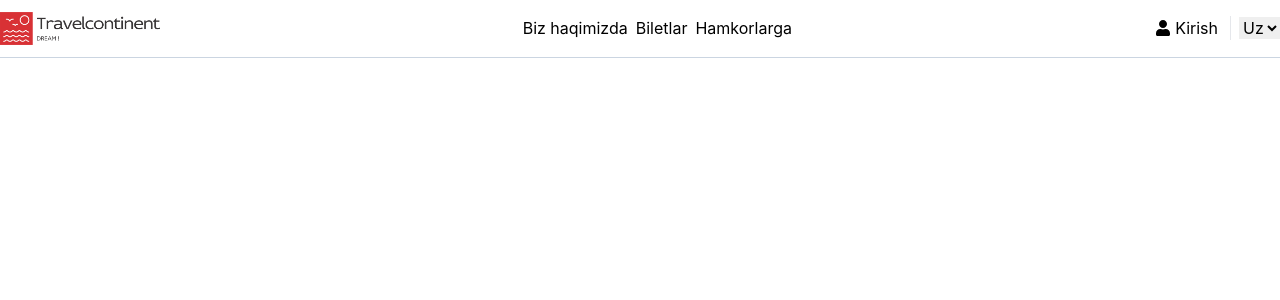
Repository: ziyodbek0300/avia-sales_
Page: /
An editor plug-in stored every save of this project. The page is shown before and after the next save, followed by the edit.
The browser window is 1280 px wide. The pictures show the whole page.
The project was rebuilt for these pictures with package versions that can differ from the ones it lists, and the page was loaded fresh each time.

Above is the page before, as saved 2022-06-02 00:00:08.

After the next save:
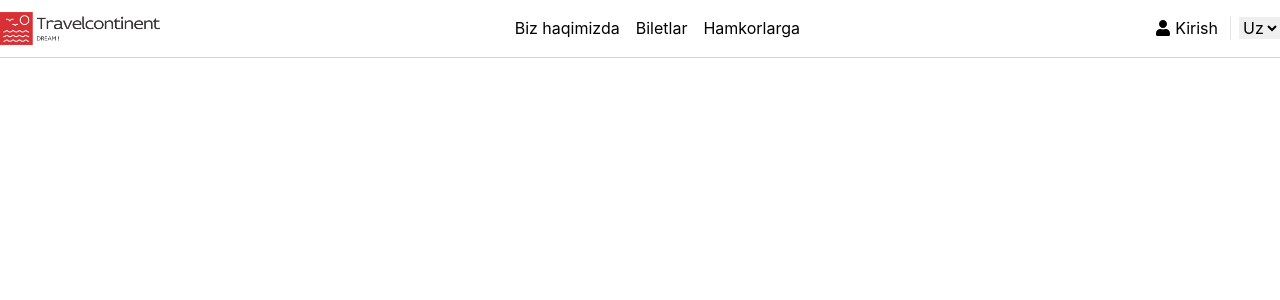
Saved 51 s later.
--- a/src/components/navbar/Navbar.jsx
+++ b/src/components/navbar/Navbar.jsx
@@ -9,7 +9,7 @@
                 <div className="logo">
                     <img src={Logo} className="w-40" alt="logo" />
                 </div>
-                <ul className='flex gap-2'>
+                <ul className='flex gap-4'>
                     <li>Biz haqimizda</li>
                     <li>Biletlar</li>
                     <li>Hamkorlarga</li>
